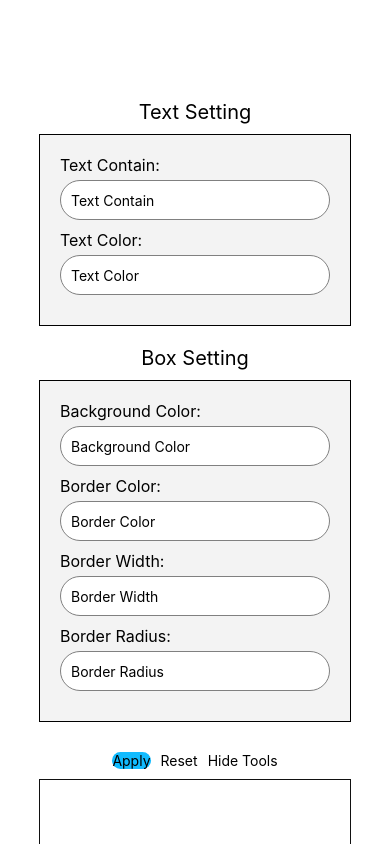
Repository: amirjavadikia/mobile-projectg
Screen: /
The author's editor kept a copy of each file at every save. The screen is drawn from the files as they stood at one save, then again after the next save.
The app was drawn by React Native's web renderer in a window 390 px wide. The project was rebuilt for these pictures with package versions that can differ from the ones it lists, and the page was loaded fresh each time.

Above is the screen before, as saved 2024-05-14 22:14:15.

### App.tsx
//
// => BOXES PROJECT
//

// import React from 'react';
// import { View, Text, StyleSheet } from 'react-native';
// import { FontAwesomeIcon } from '@fortawesome/react-native-fontawesome';
// import { faGear } from '@fortawesome/free-solid-svg-icons/faGear';
// import { faLocationDot } from '@fortawesome/free-solid-svg-icons/faLocationDot';
// import { faAddressBook } from '@fortawesome/free-solid-svg-icons/faAddressBook';


// const MainPage = () => {
//   return (
//     <View style={styles.container}>

//       <View style={[styles.blueBackground]}>
//         <Text style={styles.text}>Welcome to my app!</Text>
//       </View>


//       <View style={[styles.box, styles.purpleBackground]}>
//       <FontAwesomeIcon icon={faLocationDot} />
//         <Text style={styles.text}>Location</Text>
//       </View>


//       <View style={[styles.box, styles.yellowBackground]}>
//       <FontAwesomeIcon icon={faGear} />
//         <Text style={styles.text}>Settings</Text>
//       </View>


//       <View style={[styles.box, styles.redBackground]}>
//       <FontAwesomeIcon icon={faAddressBook} />
//         <Text style={styles.text}>Contacts</Text>
//       </View>

//     </View>
//   );
// };

// const styles = StyleSheet.create({
//   container: {
//     justifyContent: 'center',
//     alignItems: 'center',
//     margin: 10
//   },
//   box: {
//     width: '100%',
//     height: 100,
//     borderRadius: 10,
//     marginBottom: 15,
//     justifyContent: 'center',
//     textAlign: 'center',
//     alignItems: 'center',
//   },
//   blueBackground: {
//     backgroundColor: '#01008A',
//     borderRadius: 30,
//     width: '100%',
//     height: '10%',
//     justifyContent: 'center',
//     alignItems: 'center',
//     marginBottom: 20
//   },
//   purpleBackground: {
//     backgroundColor: '#810081',
//   },
//   yellowBackground: {
//     backgroundColor: '#fea501',
//   },
//   redBackground: {
//     backgroundColor: '#fe0002',
//   },
//   text: {
//     color: 'white',
//     fontSize: 20,
//     marginLeft: 10,
//   },
// });

// export default MainPage;





//
// => MIDTERM PROJECT
//


import React, { useState } from 'react';
import { View, Text, TextInput, StyleSheet, Button, ScrollView, TouchableOpacity } from 'react-native';

const App = () => {
  const [text, setText] = useState('');
  const [showTools, setShowTools] = useState(true);
  const [newText, setNewText] = useState('');
  const [newTextColor, setNewTextColor] = useState('');
  const [newBackgroundColor, setNewBackgroundColor] = useState('');
  const [newBorderColor, setNewBorderColor] = useState('');
  const [newBorderWidth, setNewBorderWidth] = useState('');
  const [newBorderRadius, setNewBorderRadius] = useState('');
  const [applyChanges, setApplyChanges] = useState(false);

  const handleTextChange = (inputText) => {
    setNewText(inputText);
    setApplyChanges(false);
  };

  const handleTextColorChange = (inputText) => {
    setNewTextColor(inputText);
    setApplyChanges(false);
  };

  const handleBackgroundChange = (inputText) => {
    setNewBackgroundColor(inputText);
    setApplyChanges(false);
  };

  const handleBorderColorChange = (inputText) => {
    setNewBorderColor(inputText);
    setApplyChanges(false);
  };

  const handleBorderWidthChange = (inputText) => {
    setNewBorderWidth(inputText);
    setApplyChanges(false);
  };

  const handleBorderRadiusChange = (inputText) => {
    setNewBorderRadius(inputText);
    setApplyChanges(false);
  };

  const handleApplyChanges = () => {
    setText(newText);
    setApplyChanges(true);
  };

  const handleResetChanges = () => {
    setApplyChanges(false);
    setText('');
    setNewText('');
    setNewTextColor('');
    setNewBackgroundColor('');
    setNewBorderColor('');
    setNewBorderWidth('');
    setNewBorderRadius('');
  };

  const handleToggleTools = () => {
    setShowTools(!showTools);
  };

  return (
    <ScrollView contentContainerStyle={styles.scrollViewContent}>
      <View style={styles.container}>
        {showTools && (
          <>
            <Text style={styles.title}>Text Setting</Text>
            <View style={styles.section}>
              <Text style={styles.label}>Text Contain:</Text>
              <TextInput
                style={styles.input}
                onChangeText={handleTextChange}
                value={newText}
                placeholder="Text Contain"
              />
              <Text style={styles.label}>Text Color:</Text>
              <TextInput
                style={styles.input}
                onChangeText={handleTextColorChange}
                value={newTextColor}
                placeholder="Text Color"
              />
            </View>

            <Text style={styles.title}>Box Setting</Text>
            <View style={styles.section}>
              <Text style={styles.label}>Background Color:</Text>
              <TextInput
                style={styles.input}
                onChangeText={handleBackgroundChange}
                value={newBackgroundColor}
                placeholder="Background Color"
              />
              <Text style={styles.label}>Border Color:</Text>
              <TextInput
                style={styles.input}
                onChangeText={handleBorderColorChange}
                value={newBorderColor}
                placeholder="Border Color"
              />
              <Text style={styles.label}>Border Width:</Text>
              <TextInput
                style={styles.input}
                onChangeText={handleBorderWidthChange}
                value={newBorderWidth}
                placeholder="Border Width"
              />
              <Text style={styles.label}>Border Radius:</Text>
              <TextInput
                style={styles.input}
                onChangeText={handleBorderRadiusChange}
                value={newBorderRadius}
                placeholder="Border Radius"
              />
            </View>


          </>
        )}
        <View style={styles.buttonGroup}>
              { showTools && (
                <>
                <TouchableOpacity
               onPress={handleApplyChanges}
               style={styles.applyButton}
            >
              <Text>Apply</Text>
            </TouchableOpacity>

                <TouchableOpacity
               onPress={handleResetChanges}
               style={styles.resetButton}
            >
              <Text>Reset</Text>
            </TouchableOpacity>
                </>
              )}
              <TouchableOpacity
               onPress={handleToggleTools}
               style={styles.showButton}
            >
              <Text>{showTools ? "Hide Tools" : "Show Tools"}</Text>
            </TouchableOpacity>
            </View>
        <View style={[styles.box, { backgroundColor: applyChanges ? newBackgroundColor : '#fff', borderRadius: applyChanges ? parseInt(newBorderRadius) || 0 : 0, borderWidth: applyChanges ? parseInt(newBorderWidth) || 1 : 1, borderColor: applyChanges ? newBorderColor : "#111" }]}>
          <Text style={[styles.boxText, {color: applyChanges ? newTextColor : ''}]}>{text}</Text>
        </View>
      </View>
    </ScrollView>
  );
};

const styles = StyleSheet.create({
  scrollViewContent: {
    flexGrow: 1,
  },
  container: {
    flex: 1,
    alignItems: 'center',
    justifyContent: 'center',
    marginTop: 100,
    backgroundColor: '#fff',
  },
  section: {
    width: '80%',
    marginBottom: 20,
    backgroundColor: "#f3f3f3",
    borderWidth: 1,
    padding: 20
  },
  title: {
    fontSize: 20,
    marginBottom: 10,
  },
  label: {
    fontSize: 16,
    marginBottom: 5,
  },
  input: {
    width: '100%',
    height: 40,
    borderWidth: 1,
    borderColor: 'gray',
    marginBottom: 10,
    paddingHorizontal: 10,
    textAlign: 'left',
    borderRadius: 30,
    backgroundColor: "#fff"
  },
  box: {
    width: '80%',
    height: 100,
    backgroundColor: '#fff',
    justifyContent: 'center',
    alignItems: 'center',
  },
  boxText: {

  },
  buttonGroup: {
    display: 'flex',
    flexDirection: 'row',
    justifyContent: 'space-around',
    marginVertical: 10,
  },
  applyButton: {
    marginRight: 10,
    borderRadius: 20,
    backgroundColor: '#1bf'
  },
  resetButton: {
    marginRight: 10
  },
  showButton: {
    borderRadius: 20
  }
});

export default App;

After the next save:
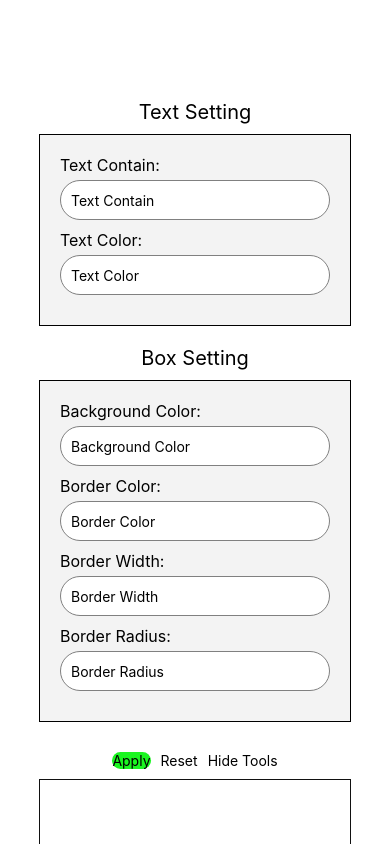
Saved 4 s later.
--- a/App.tsx
+++ b/App.tsx
@@ -302,7 +302,7 @@ const styles = StyleSheet.create({
   applyButton: {
     marginRight: 10,
     borderRadius: 20,
-    backgroundColor: '#1bf'
+    backgroundColor: '#1bf621'
   },
   resetButton: {
     marginRight: 10
